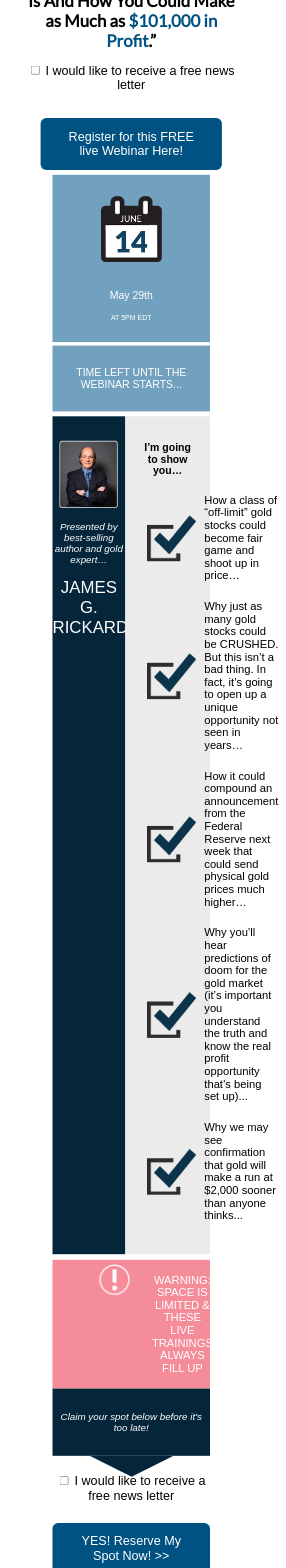
Repository: KrystellBarraza/Test
Page: index.html
The author's editor kept a copy of each file at every save. The page is drawn from the files as they stood at one save, then again after the next save.
The browser window is 375 px wide. The page is 409 px wide, so the pictures cover 409 px, including what lies to the right of the window. The pictures show the part of the page from y = 424 to 2664 px (the page is 2710 px tall before and 2757 px after), at 70% of full size.

Above is the page before, as saved 2019-10-07 10:50:40.

### index.html
<!DOCTYPE <!DOCTYPE html>
<!--[if lt IE 7]>      <html class="no-js lt-ie9 lt-ie8 lt-ie7"> <![endif]-->
<!--[if IE 7]>         <html class="no-js lt-ie9 lt-ie8"> <![endif]-->
<!--[if IE 8]>         <html class="no-js lt-ie9"> <![endif]-->
<!--[if gt IE 8]><!--> <html class="no-js"> <!--<![endif]-->
    <head>
        <meta charset="utf-8">
        <meta http-equiv="X-UA-Compatible" content="IE=edge">
        <title>Newsletter Offer</title>
        <meta name="description" content="Newsletter">
        <meta name="viewport" content="width=device-width, initial-scale=1">
        <link href="https://fonts.googleapis.com/css?family=Lato&display=swap" rel="stylesheet">
        <link rel="stylesheet" href="style.css">
    </head>
    <body>
        <div class="container-top">
            <div class="header">
                <p>Best-Selling Author and Gold Expert<br> Jim Rickards’ Presents…</p>
            </div>

            <div class="content">
                <hr style="border: 2px solid #005282">
                <br>

                <h1>“In just days a Never-Before- Seen Gold Anomaly
                    Will Create a Totally New Class of Penny Gold Stocks...
                    <br>
                    <br>
                    I’ve Enlisted One of the World’s Top Geologists
                    to Help Me Reveal... Live on Camera… What This<br>
                    Coming <span class="highlight">Gold Mega-Catalyst</span> Is And How You Could Make
                    as Much as <span class="highlight">$101,000 in Profit</span>.”
                </h1>
                <br>

                <input type="checkbox" name="signup" value="yes"><span style="font-size: 18px; font-family: arial, sans-serif;"> I would like to receive a free news letter</span><br>
                <br>
                <br>
                <div class="button-container">
                    <button class="button button-top"><span style="font-size: 18px; font-family: arial, sans-serif; font-weight: 500;">Register for this FREE <br>live Webinar Here!</span></button>
                </div>
            </div>
        </div>

        <div class="container-middle">
            <div class="blocks blocks-left">
                <img src="images/Calendar.png">
                <br>
                <br>
                <br>
                <p style="color: #fff; font-weight: 500;">May 29th</p>
                <br>
                <span style="font-size: 10px; font-family: arial, sans-serif; text-transform: uppercase;">at 5PM EDT</span>
            </div>

            <div class="blocks blocks-right">
                <p style="color: #fff;">TIME LEFT UNTIL THE WEBINAR STARTS...</p>
            </div>
        </div>

        <div class="container-bottom">
            <div class="block-left">
                <img src="images/JimRickards.png">
                <br>
                <br>
                <p style="color: #fff; font-size: 14px; font-style: italic;">Presented by best-selling author and gold expert…</p>
                <br>
                <p style="color: #fff; font-size: 24px;">JAMES G. RICKARDS</p>
            </div>

            <div class="block-right">
                <p style="text-align: center; font-weight: bold;">I’m going to show you…</p>

                <table>
                    <tr>
                        <td><img src="images/checkmark.png"></td>
                        <td><p style="font-size: 16px;">How a class of “off-limit” gold stocks could become fair game and shoot up in price…</p></td>
                    </tr>

                    <tr>
                        <td><img src="images/checkmark.png"></td>
                        <td><p style="font-size: 16px;">Why just as many gold stocks could be CRUSHED. But this isn’t a bad thing.
                        In fact, it’s going to open up a unique opportunity not seen in years…</p></td>
                    </tr>

                    <tr>
                        <td><img src="images/checkmark.png"></td>
                        <td><p style="font-size: 16px;">How it could compound an announcement from the Federal Reserve next week
                        that could send physical gold prices much higher…</p></td>
                    </tr>

                    <tr>
                        <td><img src="images/checkmark.png"></td>
                        <td><p style="font-size: 16px;">Why you’ll hear predictions of doom for the gold market (it’s important you
                        understand the truth and know the real profit opportunity that’s being set up)...</p></td>
                    </tr>

                    <tr>
                        <td><img src="images/checkmark.png"></td>
                        <td><p style="font-size: 16px;">Why we may see confirmation that gold will make a run at $2,000 sooner than
                        anyone thinks...</p></td>
                    </tr>
                </table>
            </div>

        </div>

        <div class="container-footer">
            <div class="warning">
                <img src="images/exclamation.png" class="exclamation-mark"/>
                <p style="color: #fff; font-size: 16px;" class="warning-text">WARNING: SPACE IS LIMITED & THESE LIVE TRAININGS ALWAYS FILL UP</p>
            </div>

            <div class="claim">
                <p style="color: #fff; font-size: 14px; font-style: italic;">Claim your spot below before it's too late!</p>
            </div>

            <div class="checkbox">
                <input type="checkbox" name="signup" value="yes"><span style="font-size: 18px; font-family: arial, sans-serif;"> I would like to receive a free news letter</span><br>
            </div>

            <div class="closing-button">
                <button class="button button-top"><span style="font-size: 18px; font-family: arial, sans-serif; font-weight: 500;">YES! Reserve My Spot Now! >></span></button>
            </div>

            <div class="footer">
                <br>
                <br>
            </div>
        </div>

        <script src="app.js" async defer></script>
    </body>
</html>

### style.css
* {
    box-sizing: border-box;
}

html {
    scroll-behavior: smooth;
}

body {
    margin: 0;
    background-color: #fff;
}

p {
    font-family: arial, sans-serif;
    color: #000;
    margin: 0;
    font-size: 18px;
}

h1 {
    font-family: "Lato", sans-serif;
    margin: 0;
}

/* Container - Top */

.container-top {
    display: grid;
    grid-template-columns: repeat(12, 1fr);
    grid-template-rows: auto 1fr 1fr;
    grid-gap: 5px;
    grid-column-gap: 20px;
    padding-left: 24%;
    padding-right: 24%;
    padding-top: 2%;
    grid-template-areas:
    "h h h h h h h h h h h h"
    "c c c c c c c c c c c c"
    "c c c c c c c c c c c c"
    "c c c c c c c c c c c c"
    "c c c c c c c c c c c c"
    "c c c c c c c c c c c c"
    "c c c c c c c c c c c c";
}

.header {
    grid-area: h;
    text-align: center;
    line-height: 19pt;
}

.content {
    grid-area: c;
    text-align: center;
}

.highlight {
    color: #005282;
}

.button {
    background-color: #005282;
    border: none;
    color: #fff;
    padding-top: 16px;
    padding-bottom: 16px;
    padding-left: 120px;
    padding-right: 120px;
    border-radius: 8px;
}

.button-container {
    align-content: center;
}

@media screen and (max-width: 415px) {
    .container-top {
        display: grid;
        grid-template-columns: repeat(12, 1fr);
        grid-template-rows: auto 1fr 1fr;
        grid-gap: 5px;
        grid-column-gap: 20px;
        padding-left: 8%;
        padding-right: 8%;
        padding-top: 7%;
        grid-template-areas:
        "h h h h h h h h h h h h"
        "c c c c c c c c c c c c"
        "c c c c c c c c c c c c"
        "c c c c c c c c c c c c"
        "c c c c c c c c c c c c"
        "c c c c c c c c c c c c"
        "c c c c c c c c c c c c";
    }

    p {
        font-size: 15px;
    }

    h1 {
        font-size: 24px;
    }

    .button {
        padding-left: 40px;
        padding-right: 40px;
    }
}

/* Container - Middle */

.container-middle {
    display: grid;
    grid-template-columns: repeat(12, 1fr);
    grid-template-rows: auto 1fr 1fr;
    grid-gap: 5px;
    grid-column-gap: 20px;
    padding-left: 20%;
    padding-right: 20%;
    padding-top: 2%;
    grid-template-areas:
    "l l l l r r r r r r r r"
    "l l l l r r r r r r r r"
    "l l l l r r r r r r r r"
    "l l l l r r r r r r r r"
    "l l l l r r r r r r r r";
}

.blocks {
    background-color: #71a1be;
    color: #fff;
    padding-top: 30px;
    padding-bottom: 30px;
}

.blocks-left {
    grid-area: l;
    text-align: center;
}

.blocks-left > img {
    object-fit: contain;
    width: 40%;
}

.blocks-right {
    grid-area: r;
    text-align: center;
}

@media screen and (max-width: 415px) {
    .container-middle {
        display: grid;
        grid-template-columns: repeat(12, 1fr);
        grid-template-rows: auto 1fr 1fr;
        grid-gap: 5px;
        grid-column-gap: 20px;
        padding-left: 20%;
        padding-right: 20%;
        padding-top: 2%;
        grid-template-areas:
        "l l l l l l l l l l l l"
        "l l l l l l l l l l l l"
        "l l l l l l l l l l l l"
        "l l l l l l l l l l l l"
        "l l l l l l l l l l l l"
        "r r r r r r r r r r r r"
        "r r r r r r r r r r r r"
        "r r r r r r r r r r r r"
        "r r r r r r r r r r r r"
        "r r r r r r r r r r r r";
    }
}

/* Container - Bottom */

.container-bottom {
    display: grid;
    grid-template-columns: repeat(13, 1fr);
    grid-template-rows: auto 1fr 1fr;
    grid-gap: 5px;
    grid-column-gap: 0px;
    padding-left: 20%;
    padding-right: 20%;
    padding-top: 2%;
    grid-template-areas:
    "b b b b b b g g g g g g g"
    "b b b b b b g g g g g g g"
    "b b b b b b g g g g g g g"
    "b b b b b b g g g g g g g"
    "b b b b b b g g g g g g g";
}

.block-left {
    grid-area: b;
    background-color: #05263a;
    text-align: center;
    padding-top: 35px;
    padding-bottom: 35px;
}

.block-left > img {
    object-fit: contain;
    width: 80%;
}

.block-right {
    grid-area: g;
    background-color: #ebebeb;
    color: #000;
    padding-top: 35px;
    padding-bottom: 35px;
    padding-left: 20px;
    padding-right: 20px;
}

td {
    padding-top: 15px;
}

table {
    border-spacing: 10px 10px;
}

/* Container - Footer */

.container-footer {
    display: grid;
    grid-template-columns: repeat(12, 1fr);
    grid-template-rows: auto 1fr 1fr;
    grid-column-gap: 20px;
    padding-left: 20%;
    padding-right: 20%;
    padding-top: 2%;
    grid-template-areas:
    "p p p p p p p p p p p p"
    "n n n n n n n n n n n n"
    "w w w w w w w w w w w w"
    "s s s s s s s s s s s s"
    "f f f f f f f f f f f f";
}

.warning {
    grid-area: p;
    background-color: #f58c99;
    text-align: center;
    align-content: center;
    padding-left: 60px;
    padding-right: 60px;
    display: flex;
}

.exclamation-mark {
    width: 45px;
    height: 45px;
    margin: 6px;
}

.warning-text {
    padding-top: 20px;
    padding-left: 25px;
    padding-bottom: 20px;
}

.claim {
    grid-area: n;
    background-color: #05263a;
    text-align: center;
    padding-top: 32px;
    padding-bottom: 32px;
    position: relative;
}

.claim::after {
    content:'';
    position: absolute;
    top: 100%;
    left: 0;
    right: 0;
    margin: 0 auto;
    width: 0;
    height: 0;
    border-top: solid 30px #05263a;
    border-left: solid 60px transparent;
    border-right: solid 60px transparent;
}

.checkbox {
    grid-area: w;
    text-align: center;
    padding-top: 26px;
    padding-bottom: 26px;
}

.closing-button {
    grid-area: s;
    text-align: center;
}

.footer {
    grid-area: f;
}

Loaded but not shown: app.js (no stored copy; drawn as an empty file)

After the next save:
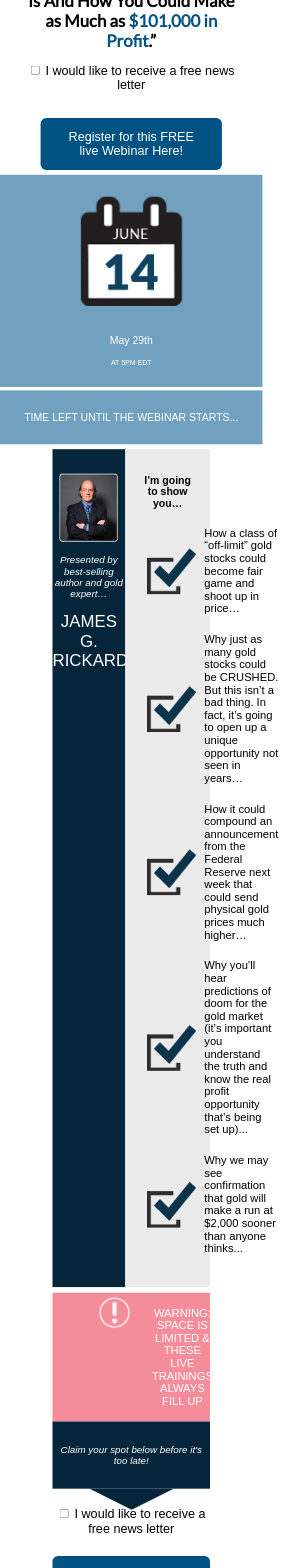
Saved 28 s later.
--- a/style.css
+++ b/style.css
@@ -156,8 +156,8 @@
         grid-template-rows: auto 1fr 1fr;
         grid-gap: 5px;
         grid-column-gap: 20px;
-        padding-left: 20%;
-        padding-right: 20%;
+        padding-left: 0%;
+        padding-right: 0%;
         padding-top: 2%;
         grid-template-areas:
         "l l l l l l l l l l l l"
